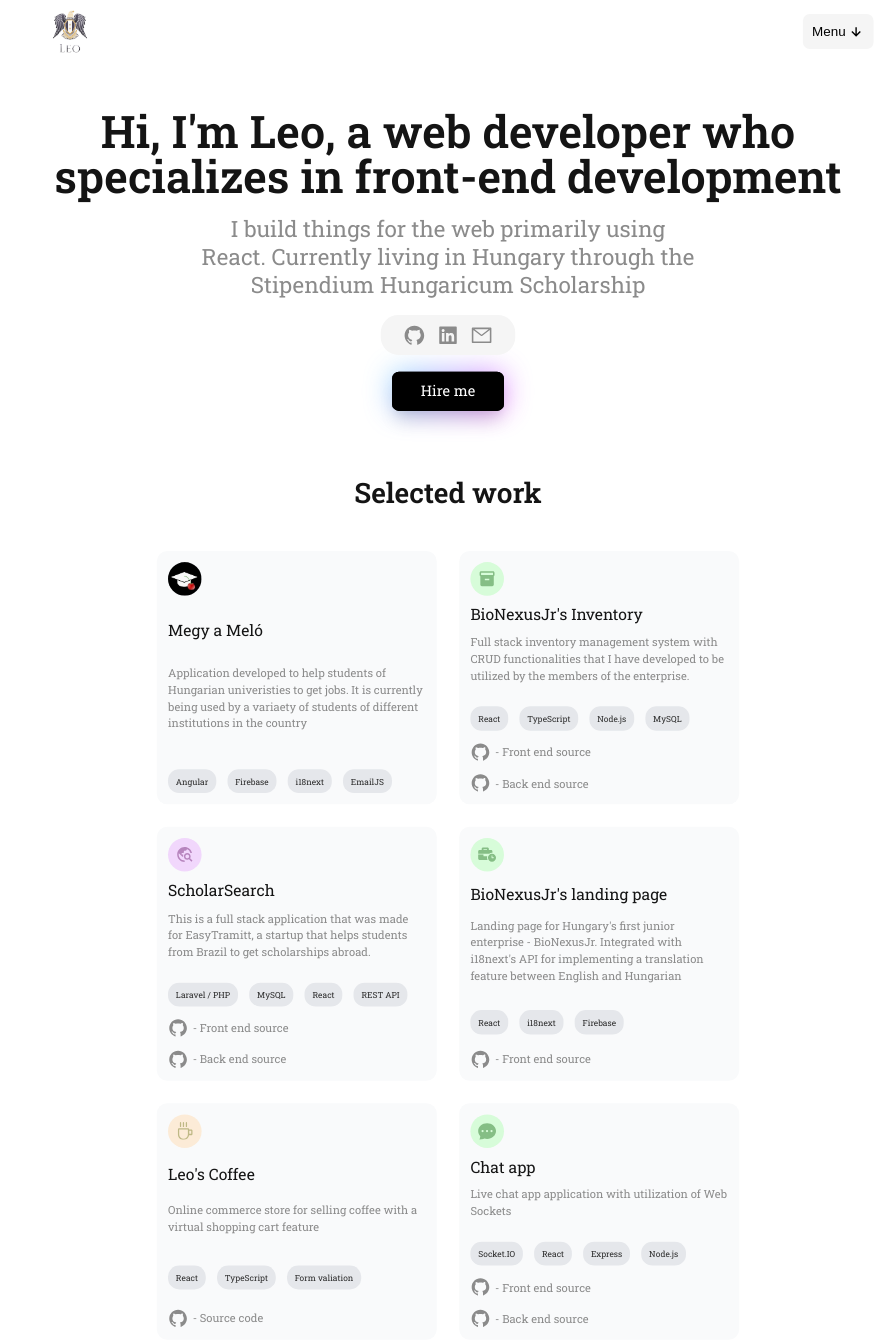
Repository: Leoka2000/portfolio-final
Page: /
These files come from the project's save history. The page is drawn as it stood at one moment and after the next save; the edit follows.
The browser window is 1280 px wide. The pictures show the part of the page from y = 0 to 1920 px (the page is 3461 px tall), at 70% of full size.
Some web fonts or font styles are not loaded; a fallback is used. The project was rebuilt for these pictures with package versions that can differ from the ones it lists, and the page was loaded fresh each time. Some packages were replaced by stand-ins written for this rebuild. Also part of the build but not shown: src/App.css. Imported but missing from the stored project, and not drawn on this page: src/assets/BioNexus.mp4, src/assets/LeoCV.pdf, src/assets/ScholarSearch.mp4, src/assets/chat-app.mp4.

Above is the page before, as saved 2023-10-21 12:51:29.

After the next save:
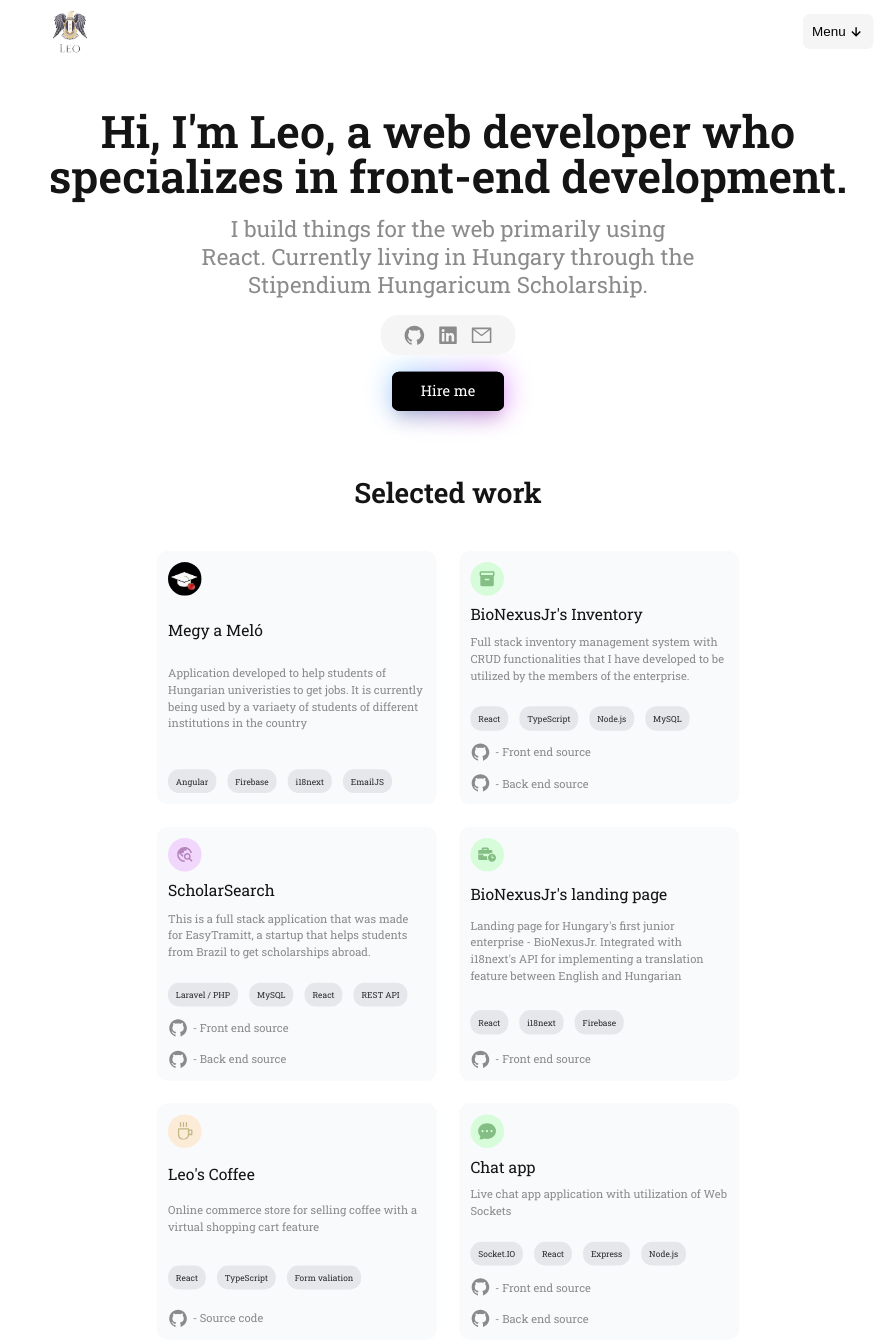
Saved 19 s later.
--- a/src/pages/main/hero/hero.jsx
+++ b/src/pages/main/hero/hero.jsx
@@ -9,8 +9,8 @@ const hero = () => {
   return (
     <>
       <section className='hero-section'>
-        <h1>Hi, I'm Leo, a web developer who specializes in front-end development</h1>
-        <p>I build things for the web primarily using React. Currently living in Hungary through the Stipendium Hungaricum Scholarship</p>
+        <h1>Hi, I'm Leo, a web developer who specializes in front-end development.</h1>
+        <p>I build things for the web primarily using React. Currently living in Hungary through the Stipendium Hungaricum Scholarship.</p>
         <div className='icons-wrapper'>
           <a target='_blank' href="https://github.com/Leoka2000"><AiFillGithub/></a>
           <a target='_blank' href='https://www.linkedin.com/in/leoreus/'> <AiFillLinkedin/></a>
